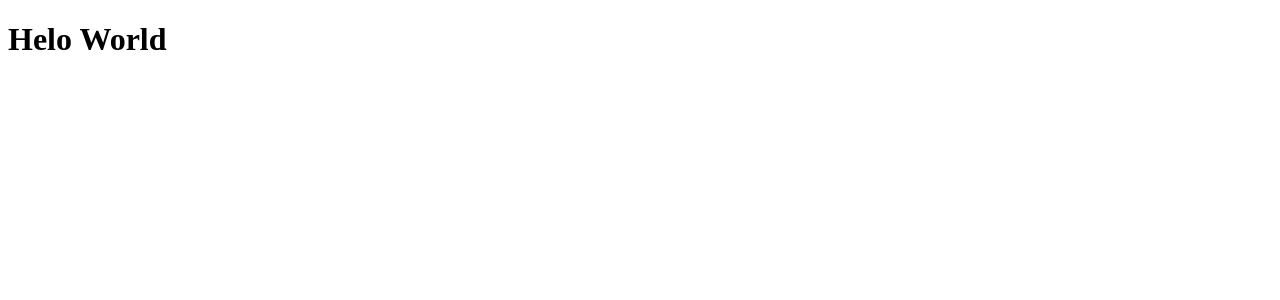
Repository: NguyenQuangQuan021099/ReactJS
Page: HelloWorld/index.html
The author's editor kept a copy of each file at every save. The page is drawn from the files as they stood at one save, then again after a run of saves.
The browser window is 1280 px wide. The pictures show the whole page.
Some web libraries are served in a nearby version.

Above is the page before, as saved 2021-07-21 11:11:30.

### HelloWorld/index.html
<!DOCTYPE html>
<html lang="en">
<head>
    <meta charset="UTF-8">
    <meta http-equiv="X-UA-Compatible" content="IE=edge">
    <meta name="viewport" content="width=device-width, initial-scale=1.0">
    <script src="https://unpkg.com/react@16/umd/react.production.min.js"></script>
    <script src="https://unpkg.com/react-dom@16/umd/react-dom.production.min.js"></script>
    <script src="https://unpkg.com/babel-standalone@6.15.0/babel.min.js"></script>
    <title>ReactJS</title>
</head>
<body>
    <h1>Helo World</h1>
</body>
</html>

After the next 2 saves:
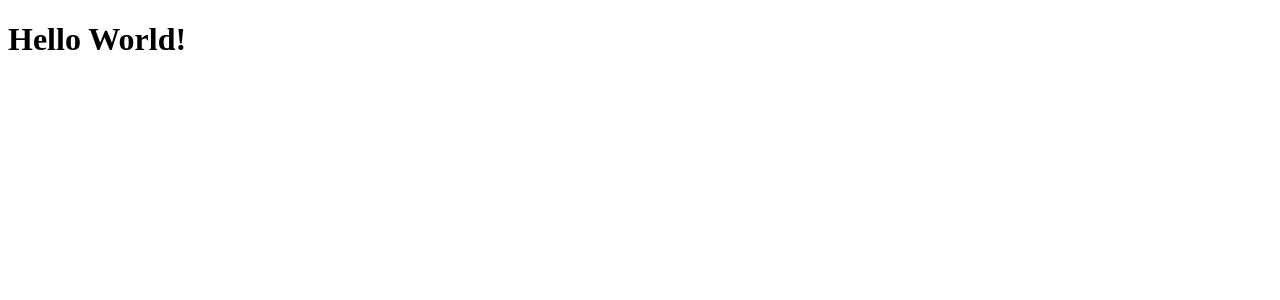
The 2 saves are shown as one change because they came seconds apart.
The last was saved 25 min 17 s later.
--- a/HelloWorld/index.html
+++ b/HelloWorld/index.html
@@ -10,6 +10,16 @@
     <title>ReactJS</title>
 </head>
 <body>
-    <h1>Helo World</h1>
+    <div id="mydiv"></div>
+
+    <script type="text/babel">
+      class Hello extends React.Component {
+        render() {
+          return <h1>Hello World!</h1>
+        }
+      }
+
+      ReactDOM.render(<Hello />, document.getElementById('mydiv'))
+    </script>
 </body>
 </html>
